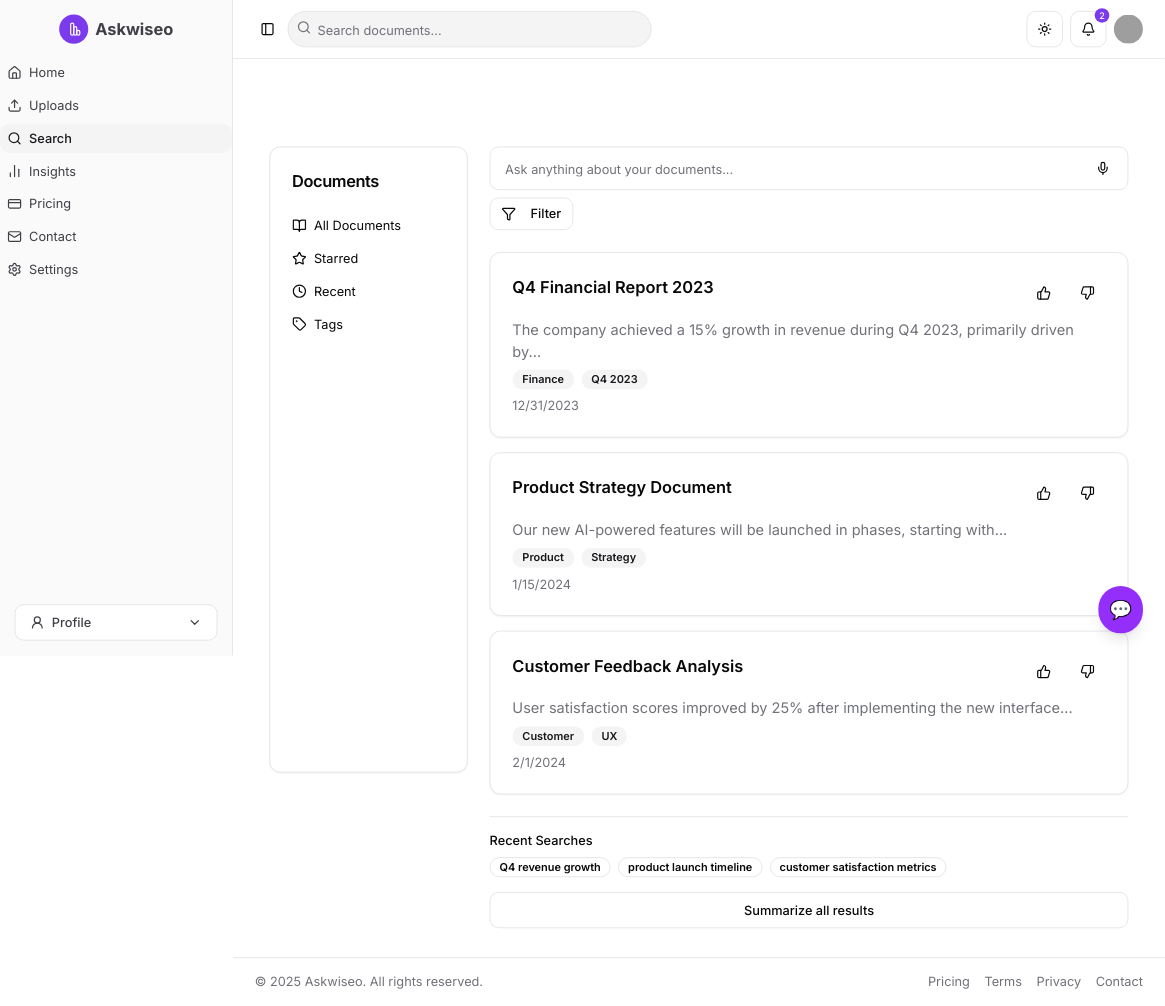
Repository: Arunkumar158/Askwiseo
Page: /search
An editor plug-in stored every save of this project. The page is shown before and after the next save, followed by the edit.
The browser window is 1280 px wide. The pictures show the whole page, at 91% of full size.
Pictures or frames that could not be fetched are drawn as grey boxes. The project was rebuilt for these pictures with package versions that can differ from the ones it lists, and the page was loaded fresh each time. The framework's server and built-in components were replaced by stand-ins that run in the browser. Also part of the build but not shown: next.config.mjs, components/ui/sheet.tsx, components/ui/skeleton.tsx.

Above is the page before, as saved 2025-06-10 09:46:06.

### app/layout.tsx
import type React from "react"
import "@/app/globals.css"
import type { Metadata, Viewport } from "next"
import { Inter } from "next/font/google"
import { ThemeProvider } from "@/components/theme-provider"
import { Header } from "@/components/header"
import { SiteFooter } from "@/components/site-footer"
import { AppSidebar } from "@/components/app-sidebar"
import { SidebarProvider } from "@/components/ui/sidebar"
import { Toaster } from "@/components/ui/sonner"
import { FeedbackButton } from "@/components/feedback-button"
import { LayoutContent } from "../components/layout-content"
import { AuthProvider } from "@/contexts/AuthContext"

const inter = Inter({
  subsets: ["latin"],
  display: 'swap',
  variable: '--font-inter',
})

export const viewport: Viewport = {
  width: 'device-width',
  initialScale: 1,
  maximumScale: 1,
  themeColor: [
    { media: '(prefers-color-scheme: light)', color: 'white' },
    { media: '(prefers-color-scheme: dark)', color: 'black' },
  ],
}

export const metadata: Metadata = {
  metadataBase: new URL('https://askwiseo.com'),
  title: {
    default: "Askwiseo - AI Knowledge Companion",
    template: "%s | Askwiseo"
  },
  description: "Convert PDFs into searchable knowledge bases with AI. Unlock insights from your documents using advanced AI technology.",
  keywords: ["AI", "knowledge base", "PDF conversion", "document search", "artificial intelligence"],
  authors: [{ name: "Askwiseo Team" }],
  creator: "Askwiseo",
  openGraph: {
    type: 'website',
    locale: 'en_US',
    url: 'https://askwiseo.com',
    title: 'Askwiseo - AI Knowledge Companion',
    description: 'Convert PDFs into searchable knowledge bases with AI',
    siteName: 'Askwiseo',
  },
  twitter: {
    card: 'summary_large_image',
    title: 'Askwiseo - AI Knowledge Companion',
    description: 'Convert PDFs into searchable knowledge bases with AI',
    creator: '@askwiseo',
  },
  robots: {
    index: true,
    follow: true,
    googleBot: {
      index: true,
      follow: true,
      'max-video-preview': -1,
      'max-image-preview': 'large',
      'max-snippet': -1,
    },
  },
}

export default function RootLayout({
  children,
}: {
  children: React.ReactNode
}) {
  return (
    <html lang="en" suppressHydrationWarning className={inter.variable}>
      <body className={inter.className}>
        <AuthProvider>
          <ThemeProvider attribute="class" defaultTheme="system" enableSystem>
            <SidebarProvider>
              <LayoutContent>{children}</LayoutContent>
              <FeedbackButton />
            </SidebarProvider>
            <Toaster />
          </ThemeProvider>
        </AuthProvider>
      </body>
    </html>
  )
}

### app/search/page.tsx
"use client";

import { useState, useEffect } from "react";
import { Search, Mic, Filter, ThumbsUp, ThumbsDown, BookOpen, Star, Clock, Tag } from "lucide-react";
import { Input } from "@/components/ui/input";
import { Button } from "@/components/ui/button";
import { Card, CardContent, CardHeader, CardTitle } from "@/components/ui/card";
import { Badge } from "@/components/ui/badge";
import { Tooltip, TooltipContent, TooltipProvider, TooltipTrigger } from "@/components/ui/tooltip";
import { ScrollArea } from "@/components/ui/scroll-area";
import { Separator } from "@/components/ui/separator";

// Mock data for search results
const mockResults = [
  {
    id: 1,
    title: "Q4 Financial Report 2023",
    snippet: "The company achieved a 15% growth in revenue during Q4 2023, primarily driven by...",
    answer: "Based on the Q4 Financial Report, the company's revenue growth was 15% in Q4 2023.",
    tags: ["Finance", "Q4 2023"],
    date: "2023-12-31",
    starred: true
  },
  {
    id: 2,
    title: "Product Strategy Document",
    snippet: "Our new AI-powered features will be launched in phases, starting with...",
    answer: "The product strategy outlines a phased approach to launching AI features.",
    tags: ["Product", "Strategy"],
    date: "2024-01-15",
    starred: false
  },
  {
    id: 3,
    title: "Customer Feedback Analysis",
    snippet: "User satisfaction scores improved by 25% after implementing the new interface...",
    answer: "Customer satisfaction increased by 25% following the interface update.",
    tags: ["Customer", "UX"],
    date: "2024-02-01",
    starred: true
  }
];

// Mock data for recent searches
const recentSearches = [
  "Q4 revenue growth",
  "product launch timeline",
  "customer satisfaction metrics"
];

export default function SearchPage() {
  const [searchQuery, setSearchQuery] = useState("");
  const [activeFilter, setActiveFilter] = useState("all");
  const [results, setResults] = useState(mockResults);
  const [recentSearches, setRecentSearches] = useState([
    "Q4 revenue growth",
    "product launch timeline",
    "customer satisfaction metrics"
  ]);

  // Filter and search logic
  const filterResults = () => {
    let filtered = [...mockResults];

    // Apply search query filter
    if (searchQuery) {
      const query = searchQuery.toLowerCase();
      filtered = filtered.filter(
        (result) =>
          result.title.toLowerCase().includes(query) ||
          result.snippet.toLowerCase().includes(query) ||
          result.answer.toLowerCase().includes(query) ||
          result.tags.some((tag) => tag.toLowerCase().includes(query))
      );
    }

    // Apply sidebar filters
    switch (activeFilter) {
      case "starred":
        filtered = filtered.filter((result) => result.starred);
        break;
      case "recent":
        filtered.sort((a, b) => new Date(b.date).getTime() - new Date(a.date).getTime());
        break;
      case "all":
      default:
        break;
    }

    setResults(filtered);
  };

  // Handle search query changes
  const handleSearchChange = (e: React.ChangeEvent<HTMLInputElement>) => {
    setSearchQuery(e.target.value);
  };

  // Handle recent search click
  const handleRecentSearchClick = (search: string) => {
    setSearchQuery(search);
  };

  // Handle vote clicks
  const handleVote = (resultId: number, voteType: "up" | "down") => {
    console.log(`Voted ${voteType} for result ${resultId}`);
  };

  // Handle summarize click
  const handleSummarize = () => {
    const summary = results.map(result => result.title).join(", ");
    console.log("Summary of results:", summary);
  };

  // Update results when search query or filter changes
  useEffect(() => {
    filterResults();
  }, [searchQuery, activeFilter]);

  return (
    <div className="min-h-screen bg-background">
      <div className="container mx-auto px-4 py-4 md:py-8">
        {/* Main content grid */}
        <div className="grid grid-cols-1 lg:grid-cols-12 gap-4 md:gap-6">
          {/* Sidebar - Desktop only */}
          <div className="hidden lg:block lg:col-span-3">
            <Card className="h-[calc(100vh-2rem)]">
              <CardHeader>
                <CardTitle className="text-lg">Documents</CardTitle>
              </CardHeader>
              <CardContent>
                <div className="space-y-4">
                  <div className="flex items-center space-x-2 text-sm">
                    <BookOpen className="h-4 w-4" />
                    <span>All Documents</span>
                  </div>
                  <div className="flex items-center space-x-2 text-sm">
                    <Star className="h-4 w-4" />
                    <span>Starred</span>
                  </div>
                  <div className="flex items-center space-x-2 text-sm">
                    <Clock className="h-4 w-4" />
                    <span>Recent</span>
                  </div>
                  <div className="flex items-center space-x-2 text-sm">
                    <Tag className="h-4 w-4" />
                    <span>Tags</span>
                  </div>
                </div>
              </CardContent>
            </Card>
          </div>

          {/* Main search area */}
          <div className="lg:col-span-9 space-y-4 md:space-y-6">
            {/* Search bar */}
            <div className="relative">
              <div className="flex items-center space-x-2">
                <Input
                  className="w-full h-12 text-lg pl-4 pr-12"
                  placeholder="Ask anything about your documents..."
                  value={searchQuery}
                  onChange={handleSearchChange}
                />
                <TooltipProvider>
                  <Tooltip>
                    <TooltipTrigger asChild>
                      <Button variant="ghost" size="icon" className="absolute right-2">
                        <Mic className="h-5 w-5" />
                      </Button>
                    </TooltipTrigger>
                    <TooltipContent>
                      <p>Voice search (coming soon)</p>
                    </TooltipContent>
                  </Tooltip>
                </TooltipProvider>
              </div>
              <div className="flex items-center justify-between mt-2">
                <Button variant="outline" size="sm" className="flex items-center space-x-2">
                  <Filter className="h-4 w-4" />
                  <span>Filter</span>
                </Button>
              </div>
            </div>

            {/* Search results */}
            <div className="space-y-4">
              {results.map((result) => (
                <Card key={result.id}>
                  <CardContent className="p-4 md:p-6">
                    <div className="space-y-2">
                      <div className="flex items-start justify-between">
                        <h3 className="text-lg font-semibold">{result.title}</h3>
                        <div className="flex gap-2">
                          <Button variant="ghost" size="icon">
                            <ThumbsUp className="h-4 w-4" />
                          </Button>
                          <Button variant="ghost" size="icon">
                            <ThumbsDown className="h-4 w-4" />
                          </Button>
                        </div>
                      </div>
                      <p className="text-muted-foreground">{result.snippet}</p>
                      <div className="flex flex-wrap gap-2">
                        {result.tags.map((tag) => (
                          <Badge key={tag} variant="secondary">
                            {tag}
                          </Badge>
                        ))}
                      </div>
                      <p className="text-sm text-muted-foreground">
                        {new Date(result.date).toLocaleDateString()}
                      </p>
                    </div>
                  </CardContent>
                </Card>
              ))}
            </div>

            {/* Smart suggestions */}
            <div className="space-y-4">
              <Separator />
              <div className="space-y-2">
                <h3 className="text-sm font-medium">Recent Searches</h3>
                <div className="flex flex-wrap gap-2">
                  {recentSearches.map((search) => (
                    <Badge
                      key={search}
                      variant="outline"
                      className="cursor-pointer hover:bg-accent"
                    >
                      {search}
                    </Badge>
                  ))}
                </div>
              </div>
              <Button variant="outline" className="w-full">
                Summarize all results
              </Button>
            </div>
          </div>
        </div>
      </div>
    </div>
  );
}

### components/ui/sonner.tsx
"use client"

import { useTheme } from "next-themes"
import { Toaster as Sonner } from "sonner"

type ToasterProps = React.ComponentProps<typeof Sonner>

const Toaster = ({ ...props }: ToasterProps) => {
  const { theme = "system" } = useTheme()

  return (
    <Sonner
      theme={theme as ToasterProps["theme"]}
      className="toaster group"
      toastOptions={{
        classNames: {
          toast:
            "group toast group-[.toaster]:bg-background group-[.toaster]:text-foreground group-[.toaster]:border-border group-[.toaster]:shadow-lg",
          description: "group-[.toast]:text-muted-foreground",
          actionButton:
            "group-[.toast]:bg-primary group-[.toast]:text-primary-foreground",
          cancelButton:
            "group-[.toast]:bg-muted group-[.toast]:text-muted-foreground",
        },
      }}
      {...props}
    />
  )
}

export { Toaster }

### components/layout-content.tsx
"use client"

import { usePathname } from "next/navigation"
import { Header } from "@/components/header"
import { SiteFooter } from "@/components/site-footer"
import { AppSidebar } from "@/components/app-sidebar"

interface LayoutContentProps {
  children: React.ReactNode
}

export function LayoutContent({ children }: LayoutContentProps) {
  const pathname = usePathname()
  const isAuthPage = pathname === "/signin" || pathname === "/signup"

  return (
    <div className="flex min-h-screen flex-col md:flex-row">
      {!isAuthPage && <AppSidebar />}
      <div className="flex-1 flex flex-col min-h-screen">
        {!isAuthPage && <Header />}
        <main className="flex-1 pt-16 px-4 md:px-6">{children}</main>
        <SiteFooter />
      </div>
    </div>
  )
}

### components/ui/input.tsx
import * as React from "react"

import { cn } from "@/lib/utils"

const Input = React.forwardRef<HTMLInputElement, React.ComponentProps<"input">>(
  ({ className, type, ...props }, ref) => {
    return (
      <input
        type={type}
        className={cn(
          "flex h-10 w-full rounded-md border border-input bg-background px-3 py-2 text-base ring-offset-background file:border-0 file:bg-transparent file:text-sm file:font-medium file:text-foreground placeholder:text-muted-foreground focus-visible:outline-none focus-visible:ring-2 focus-visible:ring-ring focus-visible:ring-offset-2 disabled:cursor-not-allowed disabled:opacity-50 md:text-sm",
          className
        )}
        ref={ref}
        {...props}
      />
    )
  }
)
Input.displayName = "Input"

export { Input }

### components/ui/separator.tsx
"use client"

import * as React from "react"
import * as SeparatorPrimitive from "@radix-ui/react-separator"

import { cn } from "@/lib/utils"

const Separator = React.forwardRef<
  React.ElementRef<typeof SeparatorPrimitive.Root>,
  React.ComponentPropsWithoutRef<typeof SeparatorPrimitive.Root>
>(
  (
    { className, orientation = "horizontal", decorative = true, ...props },
    ref
  ) => (
    <SeparatorPrimitive.Root
      ref={ref}
      decorative={decorative}
      orientation={orientation}
      className={cn(
        "shrink-0 bg-border",
        orientation === "horizontal" ? "h-[1px] w-full" : "h-full w-[1px]",
        className
      )}
      {...props}
    />
  )
)
Separator.displayName = SeparatorPrimitive.Root.displayName

export { Separator }

### lib/utils.ts
import { type ClassValue, clsx } from "clsx"
import { twMerge } from "tailwind-merge"

export function cn(...inputs: ClassValue[]) {
  return twMerge(clsx(inputs))
}

export const fadeIn = {
  initial: { opacity: 0 },
  animate: { opacity: 1 },
  exit: { opacity: 0 },
  transition: { duration: 0.3 },
}

export const slideIn = {
  initial: { x: -20, opacity: 0 },
  animate: { x: 0, opacity: 1 },
  exit: { x: 20, opacity: 0 },
  transition: { duration: 0.3 },
}

### components/site-footer.tsx
import Link from "next/link"

export function SiteFooter() {
  return (
    <footer className="border-t py-4">
      <div className="container flex flex-col items-center justify-between gap-4 px-4 md:flex-row md:px-6">
        <p className="text-center text-sm text-muted-foreground md:text-left">
          &copy; {new Date().getFullYear()} Askwiseo. All rights reserved.
        </p>
        <div className="flex gap-4">
          <Link href="/pricing" className="text-sm text-muted-foreground hover:text-foreground">
            Pricing
          </Link>
          <Link href="/terms-privacy" className="text-sm text-muted-foreground hover:text-foreground">
            Terms
          </Link>
          <Link href="/terms-privacy#privacy" className="text-sm text-muted-foreground hover:text-foreground">
            Privacy
          </Link>
          <Link href="/contact" className="text-sm text-muted-foreground hover:text-foreground">
            Contact
          </Link>
        </div>
      </div>
    </footer>
  )
}

### components/sidebar-toggle.tsx
"use client"

import * as React from "react"
import { PanelLeft } from "lucide-react"
import { Button } from "@/components/ui/button"
import { useSidebar } from "@/components/ui/sidebar"

export function SidebarToggle() {
  const { toggleSidebar } = useSidebar()

  return (
    <Button
      variant="ghost"
      size="icon"
      className="h-7 w-7"
      onClick={toggleSidebar}
      data-sidebar="trigger"
    >
      <PanelLeft className="h-4 w-4" />
      <span className="sr-only">Toggle Sidebar</span>
    </Button>
  )
}

### components/notifications/notification-button.tsx
'use client';

import { Bell } from 'lucide-react';
import { Button } from '@/components/ui/button';
import { useRouter } from 'next/navigation';
import { NotificationButtonProps } from '@/lib/types/notification';

export function NotificationButton({
  notifications,
}: NotificationButtonProps) {
  const router = useRouter();
  const unreadCount = notifications.filter((n) => !n.read).length;

  return (
    <Button
      variant="outline"
      size="icon"
      className="relative h-10 w-10 border border-input bg-background hover:bg-accent hover:text-accent-foreground"
      aria-label="Notifications"
      onClick={() => router.push('/notifications')}
    >
      <Bell className="h-4 w-4" />
      <span className="sr-only">Notifications</span>
      {unreadCount > 0 && (
        <span className="absolute -right-1 -top-1 flex h-4 w-4 items-center justify-center rounded-full bg-violet-600 text-[10px] text-white">
          {unreadCount}
        </span>
      )}
    </Button>
  );
}

Loaded but not shown: components/theme-provider.tsx (common file); hooks/use-mobile.tsx (common file); components/ui/sidebar.tsx (773 lines, source omitted); components/ui/dropdown-menu.tsx (200 lines, source omitted); components/ui/feedback-modal.tsx (162 lines, source omitted); components/header.tsx (120 lines, source omitted); tailwind.config.ts (102 lines, source omitted); components/app-sidebar.tsx (106 lines, source omitted); components/feedback-button.tsx (97 lines, source omitted); contexts/AuthContext.tsx (80 lines, source omitted); app/globals.css (73 lines, source omitted); components/ui/button.tsx (56 lines, source omitted); components/ui/card.tsx (79 lines, source omitted); lib/firebase.ts (48 lines, source omitted); components/ui/avatar.tsx (50 lines, source omitted); components/theme-toggle.tsx (40 lines, source omitted); components/ui/tooltip.tsx (30 lines, source omitted); components/ui/badge.tsx (36 lines, source omitted)

After the next save:
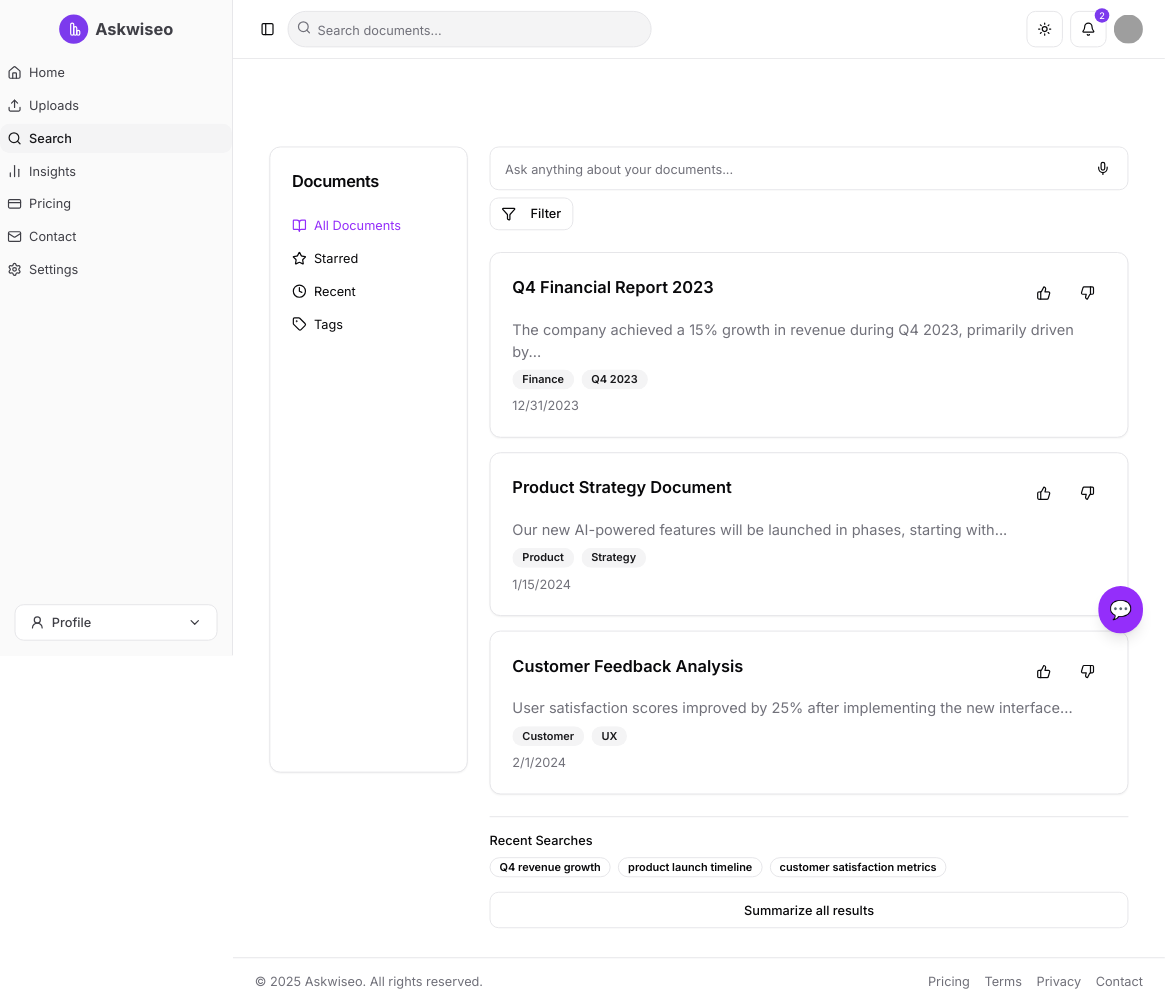
Saved 10 s later.
--- a/app/search/page.tsx
+++ b/app/search/page.tsx
@@ -129,19 +129,31 @@
               </CardHeader>
               <CardContent>
                 <div className="space-y-4">
-                  <div className="flex items-center space-x-2 text-sm">
+                  <div
+                    className={`flex items-center space-x-2 text-sm cursor-pointer hover:text-primary ${activeFilter === 'all' ? 'text-primary' : ''}`}
+                    onClick={() => setActiveFilter('all')}
+                  >
                     <BookOpen className="h-4 w-4" />
                     <span>All Documents</span>
                   </div>
-                  <div className="flex items-center space-x-2 text-sm">
+                  <div
+                    className={`flex items-center space-x-2 text-sm cursor-pointer hover:text-primary ${activeFilter === 'starred' ? 'text-primary' : ''}`}
+                    onClick={() => setActiveFilter('starred')}
+                  >
                     <Star className="h-4 w-4" />
                     <span>Starred</span>
                   </div>
-                  <div className="flex items-center space-x-2 text-sm">
+                  <div
+                    className={`flex items-center space-x-2 text-sm cursor-pointer hover:text-primary ${activeFilter === 'recent' ? 'text-primary' : ''}`}
+                    onClick={() => setActiveFilter('recent')}
+                  >
                     <Clock className="h-4 w-4" />
                     <span>Recent</span>
                   </div>
-                  <div className="flex items-center space-x-2 text-sm">
+                  <div
+                    className={`flex items-center space-x-2 text-sm cursor-pointer hover:text-primary ${activeFilter === 'tags' ? 'text-primary' : ''}`}
+                    onClick={() => setActiveFilter('tags')}
+                  >
                     <Tag className="h-4 w-4" />
                     <span>Tags</span>
                   </div>
@@ -191,10 +203,18 @@
                       <div className="flex items-start justify-between">
                         <h3 className="text-lg font-semibold">{result.title}</h3>
                         <div className="flex gap-2">
-                          <Button variant="ghost" size="icon">
+                          <Button
+                            variant="ghost"
+                            size="icon"
+                            onClick={() => handleVote(result.id, "up")}
+                          >
                             <ThumbsUp className="h-4 w-4" />
                           </Button>
-                          <Button variant="ghost" size="icon">
+                          <Button
+                            variant="ghost"
+                            size="icon"
+                            onClick={() => handleVote(result.id, "down")}
+                          >
                             <ThumbsDown className="h-4 w-4" />
                           </Button>
                         </div>
@@ -227,13 +247,18 @@
                       key={search}
                       variant="outline"
                       className="cursor-pointer hover:bg-accent"
+                      onClick={() => handleRecentSearchClick(search)}
                     >
                       {search}
                     </Badge>
                   ))}
                 </div>
               </div>
-              <Button variant="outline" className="w-full">
+              <Button
+                variant="outline"
+                className="w-full"
+                onClick={handleSummarize}
+              >
                 Summarize all results
               </Button>
             </div>
